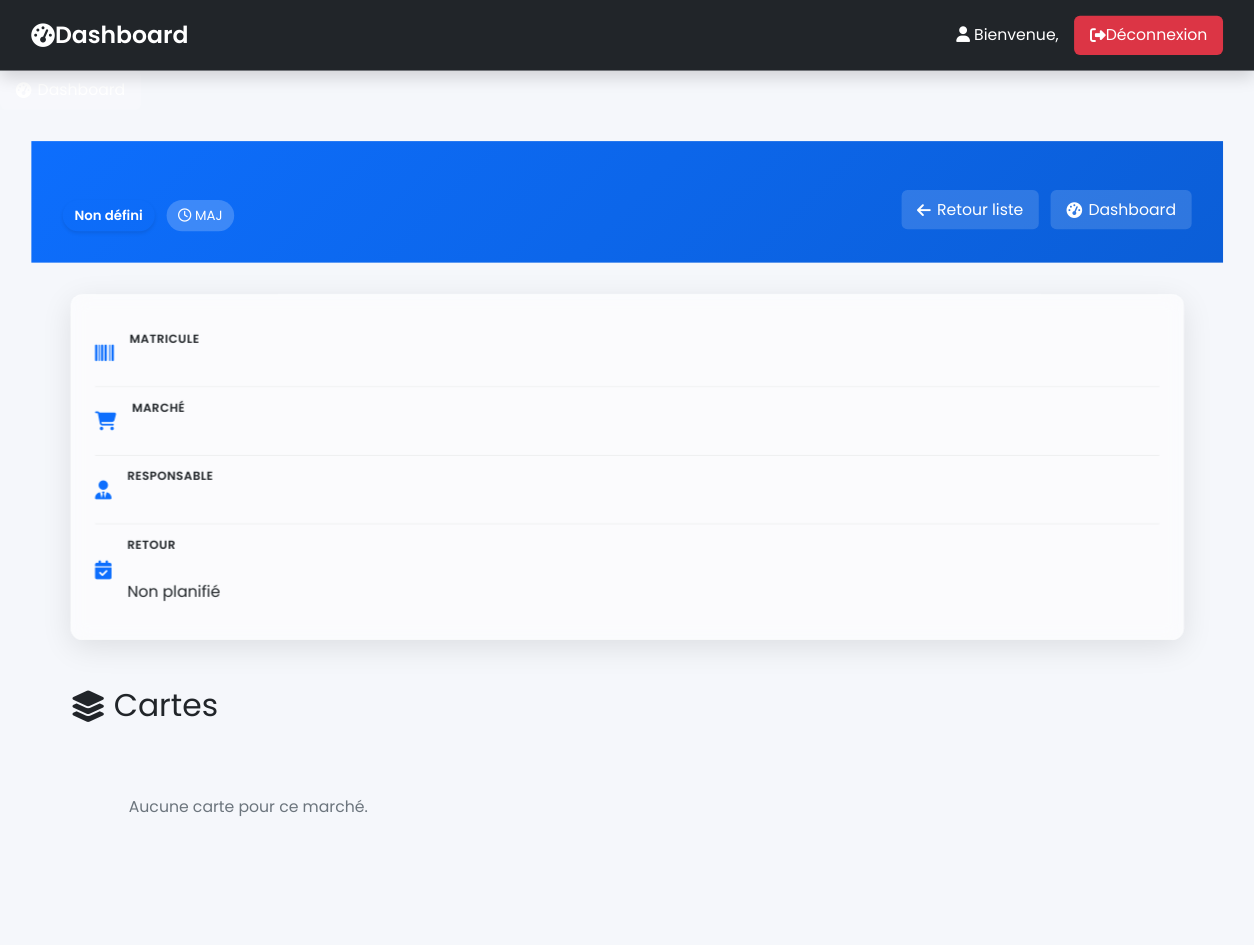
Repository: Andriatiana669/Retour_XP
Page: marches/templates/marches/description.html
These files come from the project's save history. The page is drawn as it stood at one moment and after the next save; the edit follows.
The browser window is 1280 px wide. The pictures show the whole page, at 98% of full size.
The page is served by the project's application, run on Django 5.2 (manage.py). Other server files are loaded and not shown. The template is opened directly, without the code that normally fills it, so the values that code supplies are empty.

Above is the page before, as saved 2026-01-07 15:54:14.

### marches/templates/marches/description.html
{% extends 'dashboard/base.html' %}
{% load static %}
{% block title %}{{ marche_detaille.titre }}{% endblock %}

{% block extra_css %}
    <link rel="stylesheet" href="{% static 'marches/css/description.css' %}">
{% endblock %}

{% block content %}
<section class="hero">
    <div class="hero-content">
        <h1 class="hero-title">{{ marche_detaille.titre }}</h1>
        <div class="hero-badges">
            <span class="etat-badge"
                  style="color:{{ marche_detaille.etat_affaire.couleur }};
                         background:{{ marche_detaille.etat_affaire.couleur_fond }};">
                {{ marche_detaille.etat_affaire.nom|default:'Non défini' }}
            </span>
            <span class="date-badge">
                <i class="far fa-clock"></i> MAJ {{ marche_detaille.date_maj|date:"d/m/Y H:i" }}
            </span>
        </div>
    </div>
    <nav class="hero-nav">
        <a href="{% url 'dashboard:liste_marche' marche_detaille.marche_global.id %}" class="btn-nav">
            <i class="fas fa-arrow-left"></i> Retour liste
        </a>
        <a href="{% url 'dashboard:dashboard' %}" class="btn-nav">
            <i class="fas fa-tachometer-alt"></i> Dashboard
        </a>
    </nav>
</section>

<main class="container">
    <!-- Bloc infos -->
    <section class="info-grid">
        <div class="info-card">
            <div class="info-item"><i class="fas fa-barcode"></i><span><strong>Matricule</strong><br>{{ marche_detaille.matricule }}</span></div>
            <div class="info-item"><i class="fas fa-shopping-cart"></i><span><strong>Marché</strong><br>{{ marche_detaille.nom_marche }}</span></div>
            <div class="info-item"><i class="fas fa-user-tie"></i><span><strong>Responsable</strong><br>{{ marche_detaille.resp_marche }}</span></div>
            <div class="info-item"><i class="fas fa-calendar-check"></i><span><strong>Retour</strong><br>{{ marche_detaille.date_retour|default:'Non planifié' }}</span></div>
        </div>
        {% if marche_detaille.description %}
        <div class="description-box">
            <h3><i class="fas fa-info-circle"></i> Description</h3>
            <p>{{ marche_detaille.description|linebreaks }}</p>
        </div>
        {% endif %}
    </section>

    <!-- Cartes -->
    <section class="cartes-section">
        <h2><i class="fas fa-layer-group"></i> Cartes</h2>
        <div class="cartes-container">
            {% for carte in cartes %}
            <div class="carte">
                <div class="carte-header">
                    <h4>{{ carte.titre }}</h4>
                    <button class="btn-copy" data-contenu="{{ carte.contenu|striptags|escape }}" title="Copier le texte">
                        <i class="far fa-copy"></i>
                    </button>
                </div>
                <div class="carte-body">
                    {% if carte.objet %}<p class="objet"><strong>Objet :</strong> {{ carte.objet }}</p>{% endif %}
                    {% if carte.nom_client %}<p class="client"><strong>Client :</strong> {{ carte.nom_client }}</p>{% endif %}
                    <div class="contenu">{{ carte.contenu|linebreaks }}</div>
                </div>
                {% if carte.image %}
                <div class="carte-image">
                    <img src="{{ carte.image.url }}" alt="{{ carte.titre }}" loading="lazy">
                </div>
                {% endif %}
                <div class="carte-footer">
                    <span class="date-retour">
                        <i class="far fa-calendar"></i> Retour : {{ carte.date_retour|date:"d/m/Y" }}
                    </span>
                </div>
            </div>
            {% empty %}
            <p class="empty-cartes">Aucune carte pour ce marché.</p>
            {% endfor %}
        </div>
    </section>
</main>

<script src="{% static 'marches/js/description.js' %}"></script>
{% endblock %}

### dashboard/templates/dashboard/base.html
{% load static %}
<!DOCTYPE html>
<html lang="fr">
<head>
    <meta charset="UTF-8">
    <meta name="viewport" content="width=device-width, initial-scale=1.0">
    <title>{% block title %}Dashboard - Retour XP{% endblock %}</title>

    <!-- Polices et icônes -->
    <link rel="stylesheet" href="https://cdnjs.cloudflare.com/ajax/libs/font-awesome/6.4.0/css/all.min.css">
    <link href="https://fonts.googleapis.com/css2?family=Poppins:wght@300;400;600&display=swap" rel="stylesheet">

    <!-- Bootstrap + CSS global -->
    <link href="https://cdn.jsdelivr.net/npm/bootstrap@5.3.2/dist/css/bootstrap.min.css" rel="stylesheet">
    <link rel="stylesheet" href="{% static 'dashboard/css/dashboard.css' %}">

    {% block extra_css %}{% endblock %}
</head>
<body>
    <!-- HEADER commun -->
    <header>
        <h1><i class="fas fa-tachometer-alt"></i> Dashboard</h1>
        <div class="user-info">
            <span><i class="fas fa-user"></i> Bienvenue, {{ request.user.username }}</span>
            <a href="{% url 'authentification:logout' %}">
                <i class="fas fa-sign-out-alt"></i> Déconnexion
            </a>
        </div>
    </header>

    <!-- CONTENU variable -->
    <!-- FIL D'ARIANE CONTEXTUEL -->
    {% if request.resolver_match.url_name != 'dashboard' %}
    <nav class="breadcrumb-bar">
        <a href="{% url 'dashboard:dashboard' %}" class="btn-nav">
            <i class="fas fa-tachometer-alt"></i> Dashboard
        </a>

        {% if request.resolver_match.url_name == 'description' %}
        <a href="{% url 'dashboard:liste_marche' object.marche_global.id %}" class="btn-nav">
            <i class="fas fa-arrow-left"></i> Retour à la liste
        </a>
        {% endif %}
    </nav>
    {% endif %}

    <!-- CONTENU variable -->
    <main>
        {% block content %}{% endblock %}
    </main>

    <!-- JS commun -->
    <script src="https://cdn.jsdelivr.net/npm/bootstrap@5.3.2/dist/js/bootstrap.bundle.min.js"></script>
    {% block extra_js %}{% endblock %}
</body>
</html>

### Retour_XP/urls.py
"""
URL configuration for Retour_XP project.

The `urlpatterns` list routes URLs to views. For more information please see:
    https://docs.djangoproject.com/en/5.2/topics/http/urls/
Examples:
Function views
    1. Add an import:  from my_app import views
    2. Add a URL to urlpatterns:  path('', views.home, name='home')
Class-based views
    1. Add an import:  from other_app.views import Home
    2. Add a URL to urlpatterns:  path('', Home.as_view(), name='home')
Including another URLconf
    1. Import the include() function: from django.urls import include, path
    2. Add a URL to urlpatterns:  path('blog/', include('blog.urls'))
"""
# Retour_XP/urls.py
from django.contrib import admin
from django.urls import path, include
from django.conf import settings
from django.conf.urls.static import static

urlpatterns = [
    path('admin/', admin.site.urls),
    path('', include('authentification.urls')),
    path('dashboard/', include('dashboard.urls')),
    path('marches/', include('marches.urls')),
]

if settings.DEBUG:
    urlpatterns += static(settings.MEDIA_URL, document_root=settings.MEDIA_ROOT)
    urlpatterns += static(settings.STATIC_URL, document_root=settings.STATIC_ROOT)

### authentification/urls.py
# authentification/urls.py
from django.urls import path
from . import views

app_name = 'authentification'

urlpatterns = [
    path('', views.login_view, name='login'),
    path('logout/', views.custom_logout, name='logout'),   # ← nouvelle ligne
]

### dashboard/urls.py
# dashboard/urls.py
from django.urls import path
from . import views

app_name = 'dashboard'

urlpatterns = [
    path('', views.dashboard_view, name='dashboard'),
    path('marche/<int:marche_global_id>/', views.liste_marche_view, name='liste_marche'),
    path('marche/<int:marche_global_id>/ajouter/', views.ajouter_marche_view, name='ajouter_marche'),
    path('marche/change-etat/<int:pk>/', views.change_etat_view, name='change_etat'),
    path('marche/modifier/<int:pk>/', views.modifier_marche_view, name='modifier_marche'),
    path('marche/supprimer/<int:pk>/', views.supprimer_marche_view, name='supprimer_marche'),
]

### marches/urls.py
# marches/urls.py
from django.urls import path
from . import views

app_name = 'marches'

urlpatterns = [
    path('description/<int:marche_detaille_id>/', views.description_view, name='description'),
]

### dashboard/static/dashboard/css/dashboard.css
/* Reset et base */
:root {
    --primary-color: #0d6efd;
    --secondary-color: #6c757d;
    --success-color: #20c997;
    --danger-color: #dc3545;
    --light-color: #f8f9fa;
    --dark-color: #212529;
    --shadow-sm: 0 0.125rem 0.25rem rgba(0, 0, 0, 0.075);
    --shadow-md: 0 0.5rem 1rem rgba(0, 0, 0, 0.15);
    --shadow-lg: 0 1rem 3rem rgba(0, 0, 0, 0.175);
    --transition: all 0.3s ease;
}

body {
    font-family: 'Poppins', 'Segoe UI', Roboto, Arial, sans-serif;
    background-color: var(--light-color);
    margin: 0;
    padding: 0;
    color: #333;
}

/* Header */
header {
    background-color: var(--dark-color);
    color: #fff;
    padding: 1rem 2rem;
    display: flex;
    justify-content: space-between;
    align-items: center;
    box-shadow: var(--shadow-md);
    position: sticky;
    top: 0;
    z-index: 100;
}

header h1 {
    margin: 0;
    font-size: 1.5rem;
    font-weight: 600;
    display: flex;
    align-items: center;
}

.user-info {
    display: flex;
    align-items: center;
    gap: 1rem;
}

.user-info a {
    color: #fff;
    text-decoration: none;
    padding: 0.5rem 1rem;
    background-color: var(--danger-color);
    border-radius: 0.375rem;
    transition: var(--transition);
    display: flex;
    align-items: center;
}

.user-info a:hover {
    background-color: #bb2d3b;
    transform: translateY(-1px);
}

/* Main content */
main {
    padding: 2rem;
    max-width: 1400px;
    margin: 0 auto;
}

main h2 {
    color: var(--dark-color);
    margin-bottom: 1.5rem;
    display: flex;
    align-items: center;
}

/* Dashboard controls */
.dashboard-controls {
    display: flex;
    justify-content: space-between;
    margin-bottom: 1.5rem;
    gap: 1rem;
    flex-wrap: wrap;
}

.search-bar {
    flex: 1;
    min-width: 200px;
}

.search-bar input {
    width: 100%;
    padding: 0.75rem 1rem;
    border: 1px solid #dee2e6;
    border-radius: 0.5rem;
    font-size: 1rem;
    transition: var(--transition);
}

.search-bar input:focus {
    border-color: var(--primary-color);
    outline: none;
    box-shadow: 0 0 0 0.25rem rgba(13, 110, 253, 0.25);
}

.filter-options select {
    padding: 0.75rem 1rem;
    border: 1px solid #dee2e6;
    border-radius: 0.5rem;
    background-color: #fff;
    cursor: pointer;
    min-width: 180px;
}

/* Grille responsive */
.marches-grid {
    display: grid;
    grid-template-columns: repeat(auto-fill, minmax(280px, 1fr));
    gap: 1.5rem;
    margin-top: 1.5rem;
}

/* Carte modernisée */
.marche-card {
    background: #fff;
    padding: 1.5rem;
    border-radius: 0.5rem;
    box-shadow: var(--shadow-sm);
    transition: var(--transition);
    border: 1px solid #e9ecef;
    display: flex;
    flex-direction: column;
    position: relative;
    overflow: hidden;
}

.marche-card::before {
    content: "📊";
    position: absolute;
    top: 1rem;
    right: 1rem;
    font-size: 1.5rem;
    opacity: 0.1;
    color: var(--primary-color);
}

.marche-card:hover {
    transform: translateY(-5px) scale(1.01);
    box-shadow: var(--shadow-lg);
    border-color: var(--primary-color);
}

.marche-card h3 {
    margin: 0 0 0.5rem 0;
    color: var(--primary-color);
    font-weight: 600;
}

.marche-card p {
    color: var(--secondary-color);
    margin: 0.5rem 0 1rem 0;
    flex-grow: 1;
}

.marche-stats {
    margin: 0.5rem 0;
}

.projet-count {
    background-color: var(--success-color);
    color: #fff;
    padding: 0.25rem 0.75rem;
    border-radius: 1rem;
    font-size: 0.875rem;
    font-weight: 600;
    display: inline-flex;
    align-items: center;
    gap: 0.5rem;
}

.projet-count::before {
    content: "📦";
}

/* Bouton voir détails */
.btn-voir {
    display: inline-flex;
    align-items: center;
    gap: 0.5rem;
    margin-top: auto;
    padding: 0.5rem 1rem;
    background-color: var(--primary-color);
    color: #fff;
    text-decoration: none;
    border-radius: 0.375rem;
    transition: var(--transition);
    font-weight: 500;
    align-self: flex-start;
}

.btn-voir:hover {
    background-color: #0b5ed7;
    transform: translateY(-1px);
}

/* Animation */
@keyframes fadeIn {
    from { opacity: 0; transform: translateY(10px); }
    to { opacity: 1; transform: translateY(0); }
}

.marche-card {
    animation: fadeIn 0.3s ease forwards;
}

/* Responsive */
@media (max-width: 768px) {
    .dashboard-controls {
        flex-direction: column;
    }

    .marches-grid {
        grid-template-columns: 1fr;
    }
}

### marches/static/marches/css/description.css
/* ---------- VARIABLES ---------- */
:root {
    --primary: #0d6efd;
    --glass: rgba(255, 255, 255, 0.55);
    --shadow: 0 8px 32px rgba(0, 0, 0, 0.1);
    --radius: 12px;
    --txt: #212529;
    --bg: #f5f7fb;
}

body {
    background: var(--bg);
    font-family: 'Poppins', sans-serif;
    color: var(--txt);
    margin: 0;
}

/* ---------- HERO ---------- */
.hero {
    background: linear-gradient(135deg, var(--primary) 0%, #0b5ed7 100%);
    color: #fff;
    padding: 3rem 2rem 2rem;
    display: flex;
    justify-content: space-between;
    align-items: center;
    flex-wrap: wrap;
    gap: 1.5rem;
}
.hero-content h1 { margin: 0; font-size: 2rem; font-weight: 600; }
.hero-badges { display: flex; gap: .75rem; margin-top: .75rem; }
.etat-badge {
    padding: .35rem .75rem;
    border-radius: 50rem;
    font-size: .85rem;
    font-weight: 600;
    box-shadow: 0 2px 4px rgba(0, 0, 0, 0.1);
}
.date-badge {
    background: rgba(255, 255, 255, 0.2);
    padding: .35rem .75rem;
    border-radius: 50rem;
    font-size: .85rem;
}
.hero-nav { display: flex; gap: .75rem; }
.btn-nav {
    background: rgba(255, 255, 255, 0.15);
    color: #fff;
    padding: .5rem 1rem;
    border-radius: .375rem;
    text-decoration: none;
    display: inline-flex;
    align-items: center;
    gap: .4rem;
    transition: background 0.2s;
}
.btn-nav:hover { background: rgba(255, 255, 255, 0.25); }

/* ---------- CONTAINER ---------- */
.container { max-width: 1200px; margin: 0 auto; padding: 2rem; }

/* ---------- INFO GRID ---------- */
.info-grid { display: grid; grid-template-columns: repeat(auto-fit, minmax(250px, 1fr)); gap: 1.5rem; margin-bottom: 2rem; }
.info-card {
    background: var(--glass);
    backdrop-filter: blur(10px);
    border: 1px solid rgba(255, 255, 255, 0.3);
    border-radius: var(--radius);
    box-shadow: var(--shadow);
    padding: 1.5rem;
}
.info-item {
    display: flex;
    align-items: center;
    gap: 1rem;
    padding: .75rem 0;
    border-bottom: 1px solid rgba(0, 0, 0, 0.05);
}
.info-item:last-child { border-bottom: none; }
.info-item i { font-size: 1.2rem; color: var(--primary); }
.info-item strong { display: block; font-size: 0.75rem; text-transform: uppercase; letter-spacing: 0.5px; margin-bottom: .2rem; }

.description-box {
    background: var(--glass);
    backdrop-filter: blur(10px);
    border: 1px solid rgba(255, 255, 255, 0.3);
    border-radius: var(--radius);
    box-shadow: var(--shadow);
    padding: 1.5rem;
}
.description-box h3 { margin-top: 0; display: flex; align-items: center; gap: .5rem; }

/* ---------- CARTES ---------- */
.cartes-section { margin-top: 3rem; }
.cartes-section h2 { display: flex; align-items: center; gap: .5rem; margin-bottom: 1.5rem; }
.cartes-container { display: grid; grid-template-columns: repeat(auto-fill, minmax(300px, 1fr)); gap: 1.5rem; }

.carte {
    background: var(--glass);
    backdrop-filter: blur(10px);
    border: 1px solid rgba(255, 255, 255, 0.3);
    border-radius: var(--radius);
    box-shadow: var(--shadow);
    display: flex;
    flex-direction: column;
    overflow: hidden;
    transition: transform 0.2s;
}
.carte:hover { transform: translateY(-4px); }

.carte-header {
    display: flex;
    justify-content: space-between;
    align-items: center;
    padding: 1rem 1.5rem;
    border-bottom: 1px solid rgba(0, 0, 0, 0.05);
}
.carte-header h4 { margin: 0; font-size: 1.1rem; }
.btn-copy {
    background: none; border: none; color: var(--primary); cursor: pointer;
    font-size: 1rem; padding: .25rem; border-radius: .25rem;
    transition: background 0.2s;
}
.btn-copy:hover { background: rgba(13, 110, 253, 0.1); }

.carte-body { padding: 1rem 1.5rem; flex: 1; }
.carte-body .objet,
.carte-body .client { margin: .25rem 0; font-size: 0.9rem; }
.carte-body .contenu { margin-top: 1rem; line-height: 1.6; }

.carte-image img {
    width: 100%; height: auto; object-fit: cover; border-top: 1px solid rgba(0, 0, 0, 0.05);
}

.carte-footer {
    padding: .75rem 1.5rem; font-size: 0.8rem; color: #6c757d;
    border-top: 1px solid rgba(0, 0, 0, 0.05);
}
.empty-cartes { text-align: center; padding: 3rem 0; color: #6c757d; }

/* ---------- RESPONSIVE ---------- */
@media (max-width: 768px) {
    .hero { flex-direction: column; align-items: flex-start; }
    .info-grid { grid-template-columns: 1fr; }
}

### marches/static/marches/js/description.js
/* Copie le texte d’une carte dans le presse-papiers + feedback visuel */
document.addEventListener('DOMContentLoaded', () => {
    document.querySelectorAll('.btn-copy').forEach(btn => {
        btn.addEventListener('click', async () => {
            const text = btn.dataset.contenu;
            try {
                await navigator.clipboard.writeText(text);
                btn.innerHTML = '<i class="fas fa-check"></i>';
                setTimeout(() => btn.innerHTML = '<i class="far fa-copy"></i>', 1200);
            } catch (err) {
                console.error('Copie échouée', err);
            }
        });
    });
});

After the next save:
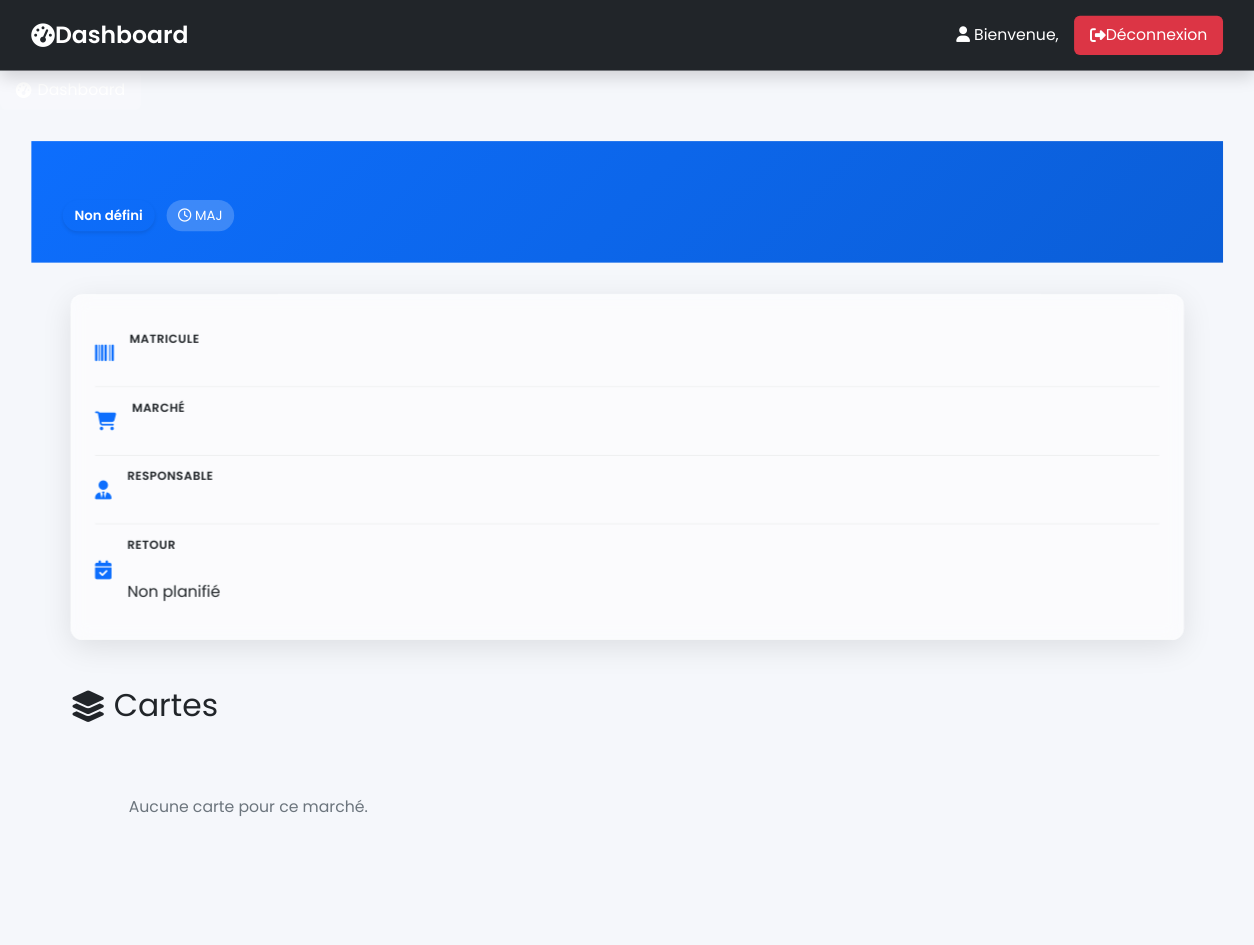
Saved 49 s later.
--- a/marches/templates/marches/description.html
+++ b/marches/templates/marches/description.html
@@ -21,14 +21,6 @@
             </span>
         </div>
     </div>
-    <nav class="hero-nav">
-        <a href="{% url 'dashboard:liste_marche' marche_detaille.marche_global.id %}" class="btn-nav">
-            <i class="fas fa-arrow-left"></i> Retour liste
-        </a>
-        <a href="{% url 'dashboard:dashboard' %}" class="btn-nav">
-            <i class="fas fa-tachometer-alt"></i> Dashboard
-        </a>
-    </nav>
 </section>
 
 <main class="container">

After the save that followed:
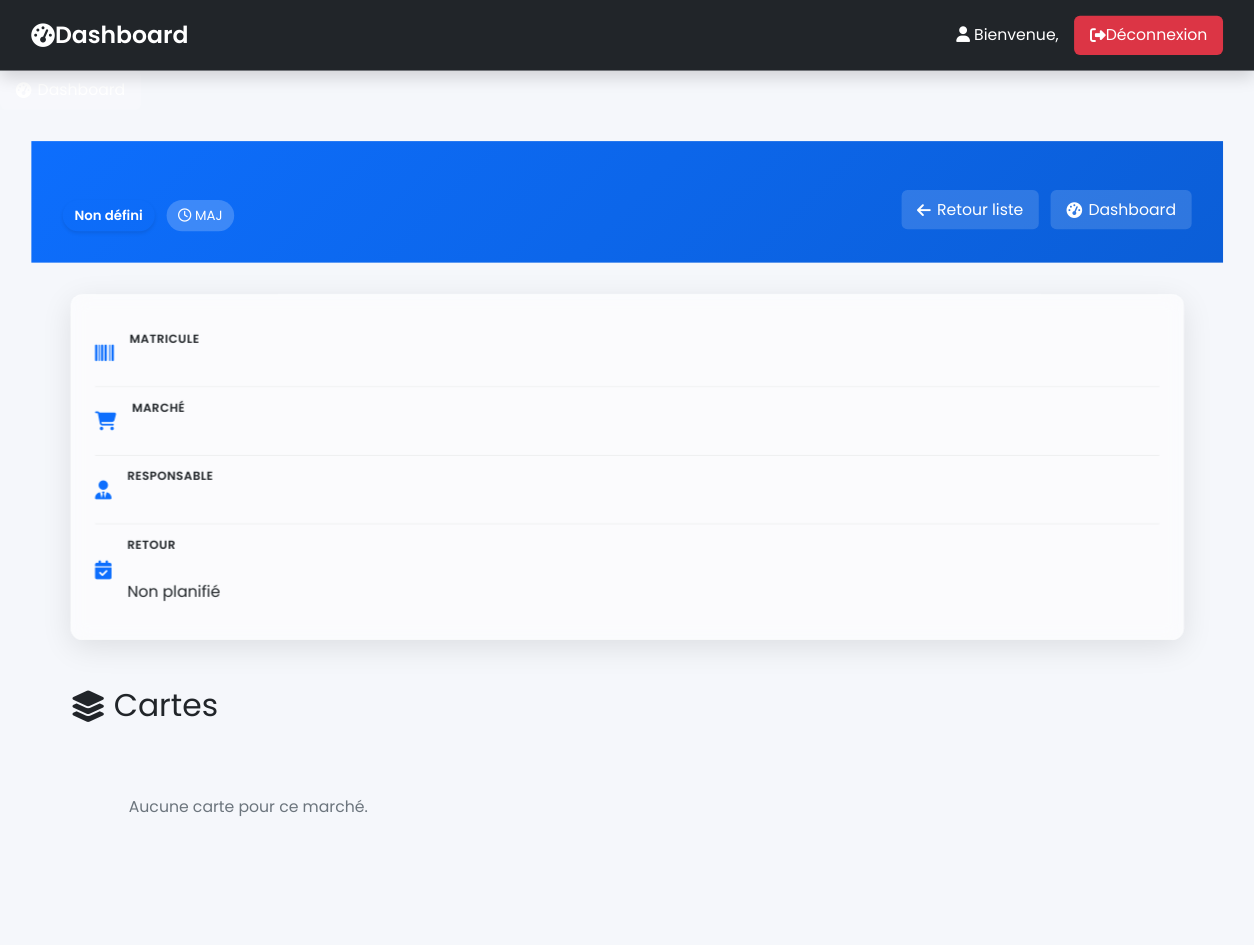
Saved 5 s later.
--- a/marches/templates/marches/description.html
+++ b/marches/templates/marches/description.html
@@ -21,6 +21,14 @@
             </span>
         </div>
     </div>
+    <nav class="hero-nav">
+        <a href="{% url 'dashboard:liste_marche' marche_detaille.marche_global.id %}" class="btn-nav">
+            <i class="fas fa-arrow-left"></i> Retour liste
+        </a>
+        <a href="{% url 'dashboard:dashboard' %}" class="btn-nav">
+            <i class="fas fa-tachometer-alt"></i> Dashboard
+        </a>
+    </nav>
 </section>
 
 <main class="container">
